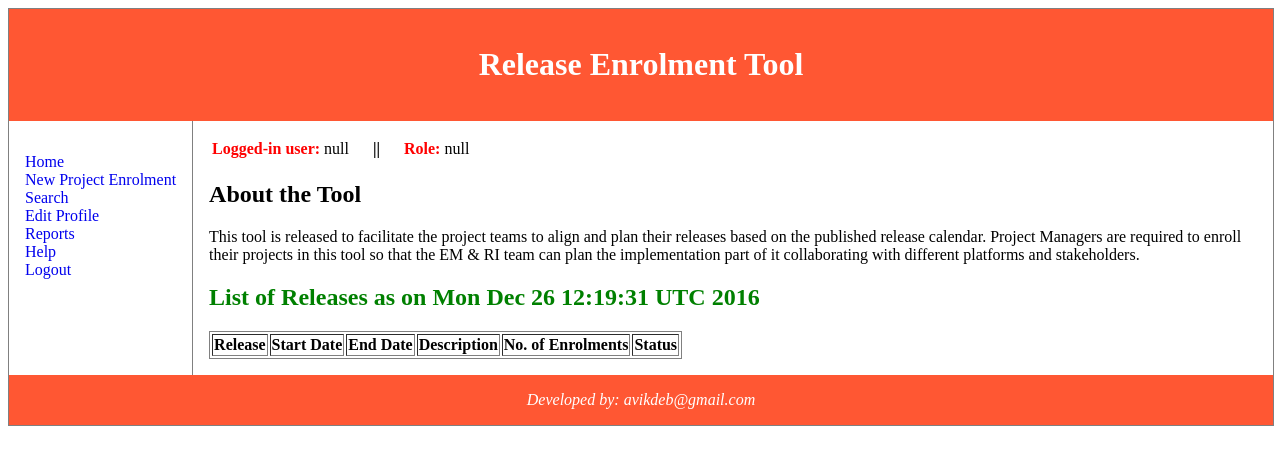
Repository: guribrar/enrolmentapp
Page: http://localhost/enrolmentapp/releasemgrhome.jsp
These files come from the project's save history. The page is drawn as it stood at one moment and after the next save; the edit follows.
The browser window is 1280 px wide. The pictures show the whole page.
The page is served by Tomcat 9. Other server files are loaded and not shown. The template is opened directly, without the code that normally fills it, so the values that code supplies are empty.

Above is the page before, as saved 2016-12-31 17:45:09.

### enrolmentapp/WebContent/releasemgrhome.jsp
<%@page import="java.util.Date"%>
<%@ page language="java" contentType="text/html; charset=ISO-8859-1"
    pageEncoding="ISO-8859-1"%>

<%@ taglib uri="http://java.sun.com/jsp/jstl/sql" prefix="sql" %>
<%@ taglib uri="http://java.sun.com/jsp/jstl/core" prefix="c" %>

<!DOCTYPE html>

<sql:query var="rs" dataSource="jdbc/enrolmentapp">
	select * from enrolmentapp.release
</sql:query>

<html>
<head>
<link rel="stylesheet" type="text/css" href="css/style.css">
</head>
<body>

<div class="container">

<header>
   <h1>Release Enrolment Tool</h1>
</header>

<nav>
  <ul>
    <li><a href="testlogin.jsp">Home</a></li>
    <li><a href="underconstruction.jsp">New Project Enrolment</a></li>
    <li><a href="underconstruction.jsp">Search</a></li>
    <li><a href="underconstruction.jsp">Edit Profile</a></li>
    <li><a href="underconstruction.jsp">Reports</a></li>
    <li><a href="underconstruction.jsp">Help</a></li>
    <li><a href="login.jsp">Logout</a></li>
  </ul>
</nav>

<article>
  <table>
  	<tr>
  		<td><font color="red"><b>Logged-in user: </b></font><%=request.getAttribute("username") %></td>
  		<td>&nbsp;&nbsp;&nbsp;&nbsp;</td>
  		<td><font><b>||</b></font></td>
  		<td>&nbsp;&nbsp;&nbsp;&nbsp;</td>
  		<td><font color="red"><b>Role: </b></font><%=request.getAttribute("role") %></td>
  	</tr>
  </table>
  <h1>About the Tool</h1>
  <p>
  This tool is released to facilitate the project teams to align and plan their releases based on the published release calendar.
  Project Managers are required to enroll their projects in this tool so that the EM & RI team can plan the implementation part of it
  collaborating with different platforms and stakeholders.

  <h1><font color="green">List of Releases as on <%= new Date() %></font></h1>

  <table frame="box" border="1">

	<tr>
		<th>Release</th>
		<th>Start Date</th>
		<th>End Date</th>
		<th>Description</th>
		<th>No. of Enrolments</th>
		<th>Status</th>
	</tr>
	<c:forEach var="row" items="${rs.rows}">
	<tr>
		<td>${row.releasename}</td>
		<td>${row.releasestartdate}</td>
		<td>${row.releaseenddate}</td>
		<td>${row.desc}</td>
		<td>5</td>
		<td>${row.status}</td>
	</tr>
	</c:forEach>
</table>

</article>

<footer><i>Developed by: avikdeb@gmail.com</i></footer>

</div>

</body>
</html>

### enrolmentapp/WebContent/css/style.css
@CHARSET "ISO-8859-1";

div.container {
    width: 100%;
    border: 1px solid gray;
}

header, footer {
    padding: 1em;
    color: white;
    background-color: #FF5733;
    clear: left;
    text-align: center;
}

nav {
    float: left;
    max-width: 160px;
    margin: 0;
    padding: 1em;
}

nav ul {
    list-style-type: none;
    padding: 0;
}

nav ul a {
    text-decoration: none;
}

article {
    margin-left: 170px;
    border-left: 1px solid gray;
    padding: 1em;
    overflow: hidden;
}

After the next save:
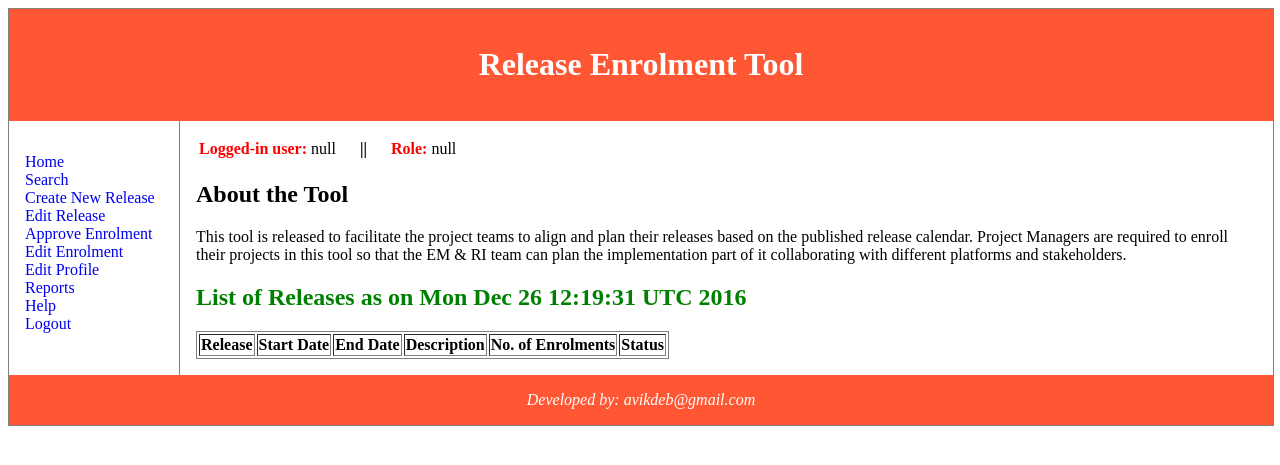
Saved 2 min 52 s later.
--- a/enrolmentapp/WebContent/releasemgrhome.jsp
+++ b/enrolmentapp/WebContent/releasemgrhome.jsp
@@ -26,8 +26,11 @@
 <nav>
   <ul>
     <li><a href="testlogin.jsp">Home</a></li>
-    <li><a href="underconstruction.jsp">New Project Enrolment</a></li>
     <li><a href="underconstruction.jsp">Search</a></li>
+    <li><a href="underconstruction.jsp">Create New Release</a></li>
+    <li><a href="underconstruction.jsp">Edit Release</a></li>
+    <li><a href="underconstruction.jsp">Approve Enrolment</a></li>
+    <li><a href="underconstruction.jsp">Edit Enrolment</a></li>
     <li><a href="underconstruction.jsp">Edit Profile</a></li>
     <li><a href="underconstruction.jsp">Reports</a></li>
     <li><a href="underconstruction.jsp">Help</a></li>
